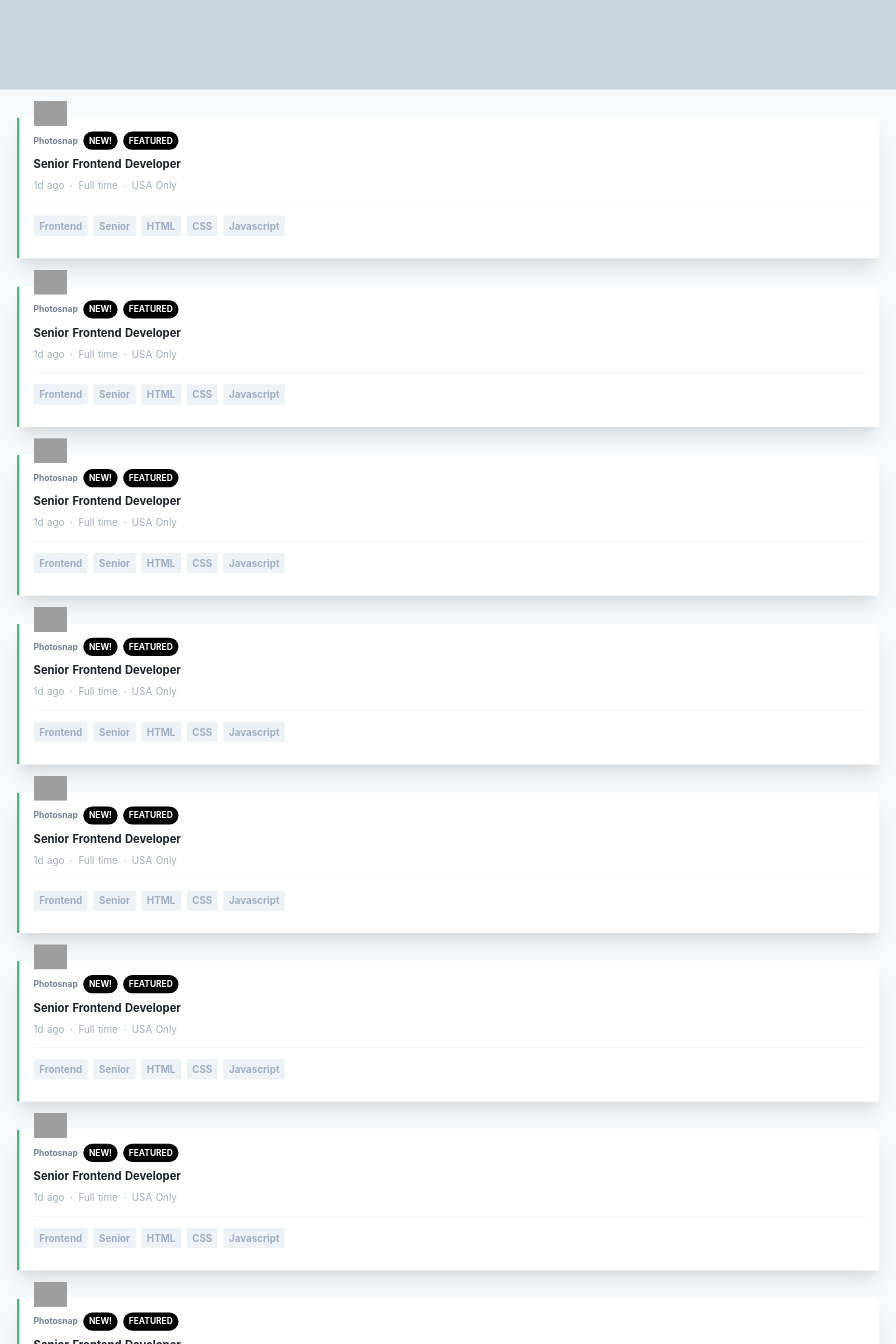
Repository: asongdon/frontendmentor-joblisting
Page: /
These files come from the project's save history. The page is drawn as it stood at one moment and after the next save; the edit follows.
The browser window is 1280 px wide. The pictures show the part of the page from y = 0 to 1920 px (the page is 2538 px tall before and 2658 px after), at 70% of full size.
Pictures or frames that could not be fetched are drawn as grey boxes. The project was rebuilt for these pictures with package versions that can differ from the ones it lists, and the page was loaded fresh each time. The framework's server and built-in components were replaced by stand-ins that run in the browser. Also part of the build but not shown: nuxt.config.js.

Above is the page before, as saved 2020-04-12 21:23:11.

### layouts/default.vue
<template>
  <div class="h-screen">
    <Header/>
    <nuxt />
  </div>
</template>

<script>
import Header from '@/components/Header.vue'

export default {
  components: {
    Header
  },
}
</script>

<style>
html {
  font-family: 'Inter', -apple-system, BlinkMacSystemFont, 'Segoe UI',
    Roboto, 'Helvetica Neue', Arial, sans-serif;
  font-size: 16px;
  word-spacing: 1px;
  -ms-text-size-adjust: 100%;
  -webkit-text-size-adjust: 100%;
  -moz-osx-font-smoothing: grayscale;
  -webkit-font-smoothing: antialiased;
  box-sizing: border-box;
  @apply bg-gray-100;
}

*,
*:before,
*:after {
  box-sizing: border-box;
  margin: 0;
}

.button--green {
  display: inline-block;
  border-radius: 4px;
  border: 1px solid #3b8070;
  color: #3b8070;
  text-decoration: none;
  padding: 10px 30px;
}

.button--green:hover {
  color: #fff;
  background-color: #3b8070;
}

.button--grey {
  display: inline-block;
  border-radius: 4px;
  border: 1px solid #35495e;
  color: #35495e;
  text-decoration: none;
  padding: 10px 30px;
  margin-left: 15px;
}

.button--grey:hover {
  color: #fff;
  background-color: #35495e;
}
</style>

### pages/index.vue
<template>
  <div class="mt-10">
    <div class="container px-6" v-for="item in data" :key="item.id">
      <Maincard :logo="item.logo" />
    </div>
  </div>
</template>

<script>
import Maincard from '@/components/Maincard'
import data from '@/static/data/data.json'

export default {
  components: {
    Maincard
  },
  data() {
    return {
      data
    }
  }
}
</script>

<style>
/* Sample `apply` at-rules with Tailwind CSS
.container {
  @apply min-h-screen flex justify-center items-center text-center mx-auto;
}
*/
</style>

### components/Header.vue
<template>
  <div class="w-full h-32 bg-gray-400"></div>
</template>

<script>
export default {}
</script>

<style></style>

### components/Maincard.vue
<template>
  <div
    class="flex flex-col flex-no-wrap rounded-sm px-5 border-l-4 border-green-500 bg-white shadow-xl pb-4 mb-10"
  >
    <div class="-mt-6 mb-2">
      <img class="w-12" :src="'/assets/logos/' + logo" alt="" />
    </div>

    <div class="flex items-center">
      <div class="text-xs font-bold text-gray-600">Photosnap</div>
      <div class="flex text-xs font-bold">
        <div class="bg-black text-white rounded-full px-2 py-1 uppercase ml-2">
          New!
        </div>
        <div class="bg-black text-white rounded-full px-2 py-1 uppercase ml-2">
          Featured
        </div>
      </div>
    </div>

    <div class="mt-2 font-bold text-gray-900">
      Senior Frontend Developer
    </div>

    <div class="flex text-sm mt-2 text-gray-500 border-b border-gray-200 pb-4">
      <div class="mr-2">1d ago</div>
      <div class="mr-2">·</div>
      <div class="mr-2">Full time</div>
      <div class="mr-2">·</div>
      <div>USA Only</div>
    </div>

    <div class="mt-4 flex flex-wrap justify-start">
      <div
        class="px-2 py-1 bg-gray-200 text-gray-500 rounded-sm font-bold mr-2 mb-4 text-sm"
      >
        Frontend
      </div>
      <div
        class="px-2 py-1 bg-gray-200 text-gray-500 rounded-sm font-bold mr-2 mb-4 text-sm"
      >
        Senior
      </div>
      <div
        class="px-2 py-1 bg-gray-200 text-gray-500 rounded-sm font-bold mr-2 mb-4  text-sm"
      >
        HTML
      </div>
      <div
        class="px-2 py-1 bg-gray-200 text-gray-500 rounded-sm font-bold mr-2 mb-4  text-sm"
      >
        CSS
      </div>
      <div
        class="px-2 py-1 bg-gray-200 text-gray-500 rounded-sm font-bold mr-2 mb-4  text-sm"
      >
        Javascript
      </div>
    </div>
  </div>
</template>

<script>
export default {
  props: {
    logo: String
  }
}
</script>

<style></style>

### static/data/data.json
[
  {
    "id": 1,
    "company": "Photosnap",
    "logo": "photosnap.svg",
    "new": true,
    "featured": true,
    "position": "Senior Frontend Developer",
    "role": "Frontend",
    "level": "Senior",
    "postedAt": "1d ago",
    "contract": "Full Time",
    "location": "USA Only",
    "languages": ["HTML", "CSS", "JavaScript"]
  },
  {
    "id": 2,
    "company": "Manage",
    "logo": "manage.svg",
    "new": true,
    "featured": true,
    "position": "Fullstack Developer",
    "role": "Fullstack",
    "level": "Midweight",
    "postedAt": "1d ago",
    "contract": "Part Time",
    "location": "Remote",
    "languages": ["Python"],
    "tools": ["React"]
  },
  {
    "id": 3,
    "company": "Account",
    "logo": "account.svg",
    "new": true,
    "featured": false,
    "position": "Junior Frontend Developer",
    "role": "Frontend",
    "level": "Junior",
    "postedAt": "2d ago",
    "contract": "Part Time",
    "location": "USA Only",
    "languages": ["JavaScript"],
    "tools": ["React", "Sass"]
  },
  {
    "id": 4,
    "company": "MyHome",
    "logo": "myhome.svg",
    "new": false,
    "featured": false,
    "position": "Junior Frontend Developer",
    "role": "Frontend",
    "level": "Junior",
    "postedAt": "5d ago",
    "contract": "Contract",
    "location": "USA Only",
    "languages": ["CSS", "JavaScript"]
  },
  {
    "id": 5,
    "company": "Loop Studios",
    "logo": "loop-studios.svg",
    "new": false,
    "featured": false,
    "position": "Software Engineer",
    "role": "FullStack",
    "level": "Midweight",
    "postedAt": "1w ago",
    "contract": "Full Time",
    "location": "Worldwide",
    "languages": ["JavaScript"],
    "tools": ["Ruby", "Sass"]
  },
  {
    "id": 6,
    "company": "FaceIt",
    "logo": "faceit.svg",
    "new": false,
    "featured": false,
    "position": "Junior Backend Developer",
    "role": "Backend",
    "level": "Junior",
    "postedAt": "2w ago",
    "contract": "Full Time",
    "location": "UK Only",
    "tools": ["RoR"]
  },
  {
    "id": 7,
    "company": "Shortly",
    "logo": "shortly.svg",
    "new": false,
    "featured": false,
    "position": "Junior Developer",
    "role": "Frontend",
    "level": "Junior",
    "postedAt": "2w ago",
    "contract": "Full Time",
    "location": "Worldwide",
    "languages": ["HTML", "JavaScript"],
    "tools": ["Sass"]
  },
  {
    "id": 8,
    "company": "Insure",
    "logo": "insure.svg",
    "new": false,
    "featured": false,
    "position": "Junior Frontend Developer",
    "role": "Frontend",
    "level": "Junior",
    "postedAt": "2w ago",
    "contract": "Full Time",
    "location": "USA Only",
    "languages": ["JavaScript"],
    "tools": ["Vue, Sass"]
  },
  {
    "id": 9,
    "company": "Eyecam Co.",
    "logo": "eyecam-co.svg",
    "new": false,
    "featured": false,
    "position": "Full Stack Engineer",
    "role": "Fullstack",
    "level": "Midweight",
    "postedAt": "3w ago",
    "contract": "Full Time",
    "location": "Worldwide",
    "languages": ["JavaScript", "Python"],
    "tools": ["Django"]
  },
  {
    "id": 10,
    "company": "The Air Filter Company",
    "logo": "the-air-filter-company.svg",
    "new": false,
    "featured": false,
    "position": "Front-end Dev",
    "role": "Frontend",
    "level": "Junior",
    "postedAt": "1mo ago",
    "contract": "Part Time",
    "location": "Worldwide",
    "languages": ["JavaScript"],
    "tools": ["React", "Sass"]
  }
]

Loaded but not shown: assets/css/tailwind.css (common file); tailwind.config.js (common file); store/filter.js (no copy from this time; the picture is the same without it); store/index.js (no copy from this time; the picture is the same without it)

After the next save:
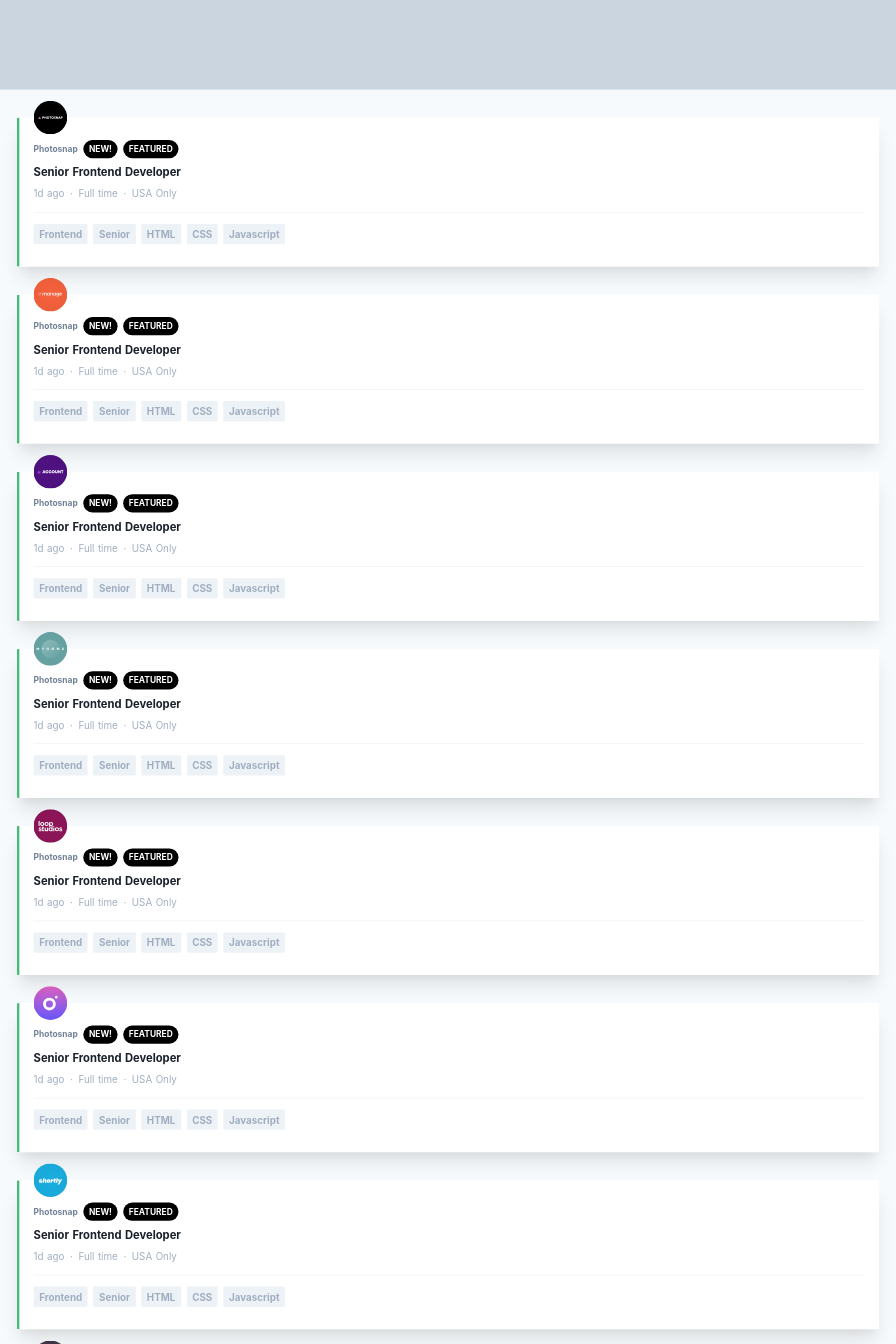
Saved 23 s later.
--- a/components/Maincard.vue
+++ b/components/Maincard.vue
@@ -3,7 +3,7 @@
     class="flex flex-col flex-no-wrap rounded-sm px-5 border-l-4 border-green-500 bg-white shadow-xl pb-4 mb-10"
   >
     <div class="-mt-6 mb-2">
-      <img class="w-12" :src="'/assets/logos/' + logo" alt="" />
+      <img class="w-12" :src="'/static/logos/' + logo" alt="" />
     </div>
 
     <div class="flex items-center">
